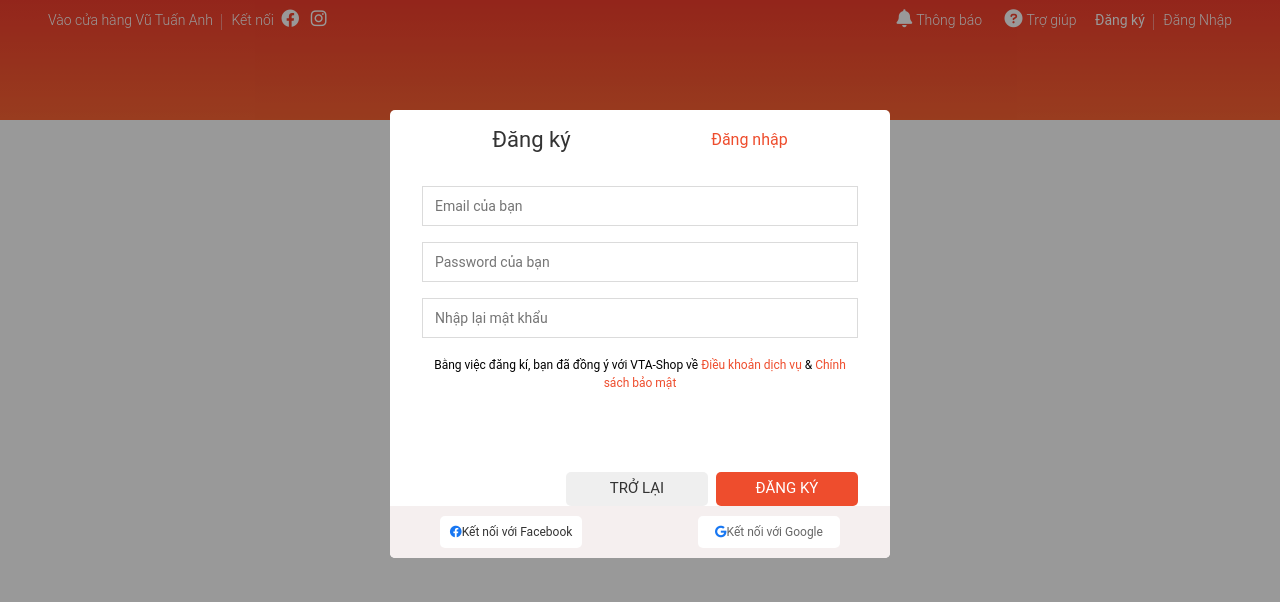
Repository: VuTuanAnh0949/Shopee
Page: index.html
The author's editor kept a copy of each file at every save. The page is drawn from the files as they stood at one save, then again after the next save.
The browser window is 1280 px wide. The pictures show the whole page.

Above is the page before, as saved 2022-02-16 14:04:35.

### index.html
<!DOCTYPE html>
<html lang="en">

<head>
    <meta charset="UTF-8" />
    <meta http-equiv="X-UA-Compatible" content="IE=edge" />
    <meta name="viewport" content="width=device-width, initial-scale=1.0" />
    <title>Shopee</title>
    <link rel="stylesheet" href="https://cdnjs.cloudflare.com/ajax/libs/normalize/8.0.1/normalize.min.css" />
    <link rel="stylesheet" href="./assets/css/base.css" />
    <link rel="stylesheet" href="./assets/css/main.css" />
    <link rel="stylesheet" href="./assets/fonts/fontawesome-free-6.0.0-web/css/all.min.css">
    <link rel="stylesheet" href="https://fonts.googleapis.com/css?family-Roboto:300, 400, 500,78
0&display=swap&subset=vietnamese" rel="stylesheet" />

</head>

<body>
    <!-- Block Element Modifier -->
    <div class="app">
        <header class="header">
            <div class="grid">
                <nav class="header__navbar">
                    <ul class="header__navbar-list">
                        <li class="header__navbar-item header__navbar-item--has-qr header__navbar-item--separate">Vào cửa hàng Vũ Tuấn Anh
                            <div class="header__qr">
                                <img src="./assets/img/QR_code.png" alt="QR Code" class="header__qr-img">
                                <div class="header__qr-apps">
                                    <a href="" class="header__qr-link"><img src="./assets/img/Google_Play.png" alt="Google Play" class="header__qr-dowload-img">
                                    </a>
                                    <img src="./assets/img/App_store.png" alt="App Store" class="header__qr-dowload-img">
                                </div>
                            </div>
                        </li>
                        <li class="header__navbar-item">
                            <span class="header__navbar-title--no-pointer">Kết nối</span>
                            <a href="" class="header__navbar-icon-link"><i class="header__navbar-icon fa-brands fa-facebook"></i></a>
                            <a href="" class="header__navbar-icon-link"><i class="header__navbar-icon fa-brands fa-instagram"></i></a>
                        </li>
                    </ul>

                    <ul class="header__navbar-list">
                        <li class="header__navbar-item header__navbar-item--has-notification">
                            <a href="" class="header__navbar-item-link"><i class="header__navbar-icon fa-solid fa-bell"></i>Thông báo</a>
                            <div class="header__notification">
                                <header class="header__notification-header">
                                    <h3>Thông báo mới nhận</h3>
                                </header>
                                <ul class="header__notification-list">
                                    <li class="header__notification-item header__notification-viewed">
                                        <a href="" class="header__notification-link">
                                            <img src="https://cf.shopee.vn/file/a2344384834f0903b232953bf8e1d283_tn" alt="" class="header__notification-img">
                                            <div class="header__notification-info">
                                                <span class="header__notification-name">Bàn Phím cơ chính hãng K400-Đen</span>
                                                <span class="header__notification-descriotion">Bàn phím cơ máy tính gaming K550 Pro full Led 7 chế độ hiệu ứng là mẫu bàn phím phù hợp cho văn phòng và game thủ</span>
                                            </div>
                                        </a>
                                    </li>
                                    <li class="header__notification-item">
                                        <a href="" class="header__notification-link">
                                            <img src="https://cf.shopee.vn/file/fbd0d6cd59ae0c260cbdd8d2bdccbe06_tn" alt="" class="header__notification-img">
                                            <div class="header__notification-info">
                                                <span class="header__notification-name">Bàn phím cơ chính hãng K400-Trắng xanh 1</span>
                                                <span class="header__notification-descriotion">Bàn phím cơ máy tính gaming K550 Pro full Led 7 chế độ hiệu ứng là mẫu bàn phím phù hợp cho văn phòng và game thủ</span>
                                            </div>
                                        </a>
                                    </li>
                                    <li class="header__notification-item ">
                                        <a href="" class="header__notification-link">
                                            <img src="https://cf.shopee.vn/file/26989c24e549299dcfb324055082c553" alt="" class="header__notification-img">
                                            <div class="header__notification-info">
                                                <span class="header__notification-name">Bàn phím cơ chính hãng K400-Trắng xanh 2</span>
                                                <span class="header__notification-descriotion">>Bàn phím cơ máy tính gaming K550 Pro full Led 7 chế độ hiệu ứng là mẫu bàn phím phù hợp cho văn phòng và game thủ</span>
                                            </div>
                                        </a>
                                    </li>
                                </ul>
                                <div class="footer header__notification-footer">
                                    <a href="" class="header__notification-footer-btn">Xem tất cả</a>


                                </div>
                            </div>
                        </li>
                        <li class="header__navbar-item">
                            <a href="" class="header__navbar-item-link"><i class="header__navbar-icon fa-solid fa-circle-question"></i>Trợ giúp</a>
                        </li>
                        <li class="header__navbar-item header__navbar-item--strong header__navbar-item--separate">Đăng ký</li>
                        <li class="header__navbar-item header__navbar-ite--strong"> Đăng Nhập</li>
                    </ul>
                </nav>
            </div>
        </header>
        <div class="container">

        </div>
        <footer class="footer">

        </footer>
    </div>
    <!-- Modal layout -->
    <div class="modal">
        <div class="modal__overlay"></div>

        <div class="modal__body">

            <!-- Authen form -->
            <div class="auth-form">
                <div class="auth-form__container">
                    <div class="auth-form__container"></div>
                    <div class="auth-form__header">
                        <h3 class="auth-form__heading">Đăng ký</h3>
                        <span class="auth-form__switch-btn">Đăng nhập</span>
                    </div>
                    <div class="auth-form__form">
                        <div class="auth-form__group">
                            <input type="text" class="auth-form__input" placeholder="Email của bạn">
                        </div>
                        <div class="auth-form__group">
                            <input type="password" class="auth-form__input" placeholder="Password của bạn">
                        </div>
                        <div class="auth-form__group">
                            <input type="password" class="auth-form__input" placeholder="Nhập lại mật khẩu ">
                        </div>
                    </div>
                    <div class="auth-form__aside">
                        <p class="auth-form__policy-text">
                            Bằng việc đăng kí, bạn đã đồng ý với VTA-Shop về
                            <a href="" class="auth-form__text-link">Điều khoản dịch vụ</a> &
                            <a href="" class="auth-form__text-link">Chính sách bảo mật</a>
                        </p>
                    </div>
                    <div class="auth-form__controls">
                        <button class="btn btn--normal auth-form__controls-back ">TRỞ LẠI</button>
                        <button class="btn btn--primary">ĐĂNG KÝ</button>
                    </div>
                </div>
                <div class="auth-form__socials--facebook">
                    <a href="" class="btn btn--size-s btn--with-icon">
                        <i class="auth-form__socials-icon fa-brands fa-facebook"></i>
                        <span class="auth-form__socials-title">
                            Kết nối với Facebook
                        </span>
                    </a>

                    <a href="" class="auth-form__socials--google btn btn--size-s btn--with-icon">
                        <i class="auth-form__socials-icon fa-brands fa-google"></i>
                        <span class="auth-form__socials-title">
                            Kết nối với Google
                        </span>
                    </a>
                </div>
            </div>
        </div>
    </div>
</body>

</html>

### assets/css/base.css
:root {
  --primary-color:#EE4D2D;
  --white-color: #fff;
  --black-color: #000;
  --text-color: #333;
  --border-color:#dbdbdb;
}
* {
  box-sizing: inherit;
}
html {
  font-size: 62.5%;
  line-height: 1.6rem;
  font-family: "Roboto", sans-serif;
  box-sizing: border-box;
}
.grid {
  width: 1200px;
  max-width: 100%;
  margin: 0 auto;
}
.grid__full-width {
  width: 100%;
}
.grid__row {
  display: flex;
  flex-wrap: wrap;
}
/* Animation */
@keyframes fadeIn{
  from{
    opacity: 0;
  }to{
    opacity: 1;
  }
}
/* Modal */
.modal{
  position: fixed;
  top: 0;
  right: 0;
  bottom: 0;
  left: 0;
  display: flex;
}
.modal__overlay{
  position: absolute;
  width: 100%;
  height: 100%;
  background-color: rgba(0,0,0,0.4);
}
.modal__body{
  width: 500px;
  height: 500px;
  margin: auto;
  position: relative;
  z-index: 1;  /* để cho modal nổi lên */
}
/* Button style */
.btn{
  min-width: 142px;
  height: 34px;
  text-decoration: none;
  border:none ;
  border-radius: 5px;
  font-size: 1.5rem;
  padding:0 12px;
  outline: none;
  cursor: pointer;
  color: var(--text-color);
  align-items: center;
 justify-content: center;
}
.btn.btn--normal:hover{
  background-color: rgba(0,0,0,0.05);
}
.btn.btn--size-s{
  height: 32px;
  font-size: 12px;
  padding:0 8px;
}
/* .. dùng để css 1 element có 2 class */
.btn.btn--primary{
  color: var(--white-color);
  background-color: var(--primary-color);
  }
.btn.btn-disabled{
  color: #949494;
  cursor: default;
  background-color: #c3c3c3;
}

### assets/css/main.css
.header{
height: 120px;
background-image:linear-gradient(0, #fe6433, #f53e2d) ;
}
.header__navbar{
  display: flex;
  justify-content: space-between;
}
.header__navbar-list{
list-style: none;
padding-left: 0;
margin-top: 9px;
}
.header__navbar-item{
  margin: 0 8px;
  position: relative;
  min-height: 26px;
}
.header__navbar-item--has-qr:hover .header__qr{
  display: block;
}
.header__navbar-item--has-notification:hover .header__notification{
  display: block;
}
.header__navbar-item,
.header__navbar-item-link{
  display:inline-block;
  font-size: 1.4rem;
  color:var(--white-color);
  text-decoration: none;
  font-weight: 300;
}
.header__navbar-item,
.header__navbar-item-link,
.header__navbar-icon-link{
/*   display: flex; */
  align-items: center;
}
.header__qr::before{
  position: absolute;
  left: 0;
  top: -16px;
  width: 100%;
  height: 20px;
  content: "";
  display: block;

}
.header__navbar-item:hover,
.header__navbar-icon-link:hover,
.header__navbar-item-link:hover{
  cursor: pointer;
  color: rgba(255,255,255,0.7);
}
.header__navbar-item--strong{
  font-weight: 400;
}
.header__navbar-item--separate::after{
  content: "";
  display: block;
  position: absolute;
border-left: 1px solid #FB9086;
height: 16px;
right: -9px;
top: 37%;
transform: translateY(-50%);
}
.header__navbar-icon-link{
  color: var(--white-color);
  text-decoration: none;
}
.header__navbar-icon{
  font-size: 1.8rem;
  margin: 0 4px;
}
.header__navbar-title--no-pointer{
  cursor: text;
  color: var(--white-color);
  text-decoration: none;
}
/* Header QR code */
.header__qr{
  width: 180px;
background-color: var(--white-color);
position: absolute;
left: 0;
top: 100%;
padding: 8px;
border-radius: 5px;
display: none;
animation: fadeIn ease-in 0.3s;
}
.header__qr-img{
width: 100%;
}
.header__qr-apps{
display: flex;
justify-content: space-between;
}
.header__qr-link:nth-child(1){
  margin-left: 11px;
}
.header__qr-link:nth-child(2){
  margin-right: 15px;
}
.header__qr-dowload-img{
  height: 16px;
}
/* header__notification */
.header__notification{
position: absolute ;
top: 27px;
right: 0;
width: 404px;
background-color: var(--white-color);
border-radius: 5px;
border: 1px solid #D3D3D3;
cursor: default;
transform-origin:90% top;
animation:  headerNotificationGrowth ease-in 0.2s;
will-change: opacity, transform;
display: none;
}
.header__notification::before{
content: "";
border-width:20px 30px ;
border-style: solid;
/* Tạo một lớp giá */
border-color:transparent transparent var(--white-color) transparent;
position: absolute;
right: 6px;
top: -30px;
}
/* Giúp di chuột vào quả chuông cạnh nút thông báo không bị mất list thông báo */
.header__notification::after{
  content: "";
  display: block;
  position: absolute;
  height: 20px;
  width: 90px;
  top: -16px;
  right: 0;
 }
@keyframes headerNotificationGrowth{
  from{
    opacity: 0;
    transform: scale(0);
  }to{
    opacity: 1;
    transform: scale(1);
  }
}
.header__notification-header{
  height: 40px;
  background-color: var(--white-color);
  border-radius: 5px;
}
.header__notification-header h3{
  color: #999;
  margin: 0 0 0 12px;
  width: 400;
  font-size: 1.4rem;
  line-height: 40px;
  user-select: none;  /* không cho coppy */
}
.header__notification-list{
padding-left: 0;
}
.header__notification-item{
display: flex;

}
.header__notification-item:hover{
  background-color: #f7f7f7
}
.header__notification-viewed{
  background-color: rgba(238,75,43,0.08);

}
.header__notification-link{
  display: flex;
  width: 100%;
  padding: 12px;
  text-decoration: none;
}
.header__notification-img{
width: 48px;
object-fit: contain;
}
.header__notification-info{
margin-left: 12px;
}
.header__notification-name{
display: block;
font-size: 1.4rem;
color: var(--text-color);
font-weight: 400px;
line-height: 1.8rem;
}
.header__notification-descriotion{
display: block;
font-size: 1.2rem;
line-height: 1.6rem;
color: #765F6E;
margin-top: 4px;
}
.header__notification-footer{
 display: flex;
}
.header__notification-footer-btn{
  text-decoration: none;
  color:var(--text-color);
  width: 100%;
  padding: 8px 0;
  margin: auto;
  font-size: 1.4rem;
  font-weight: 400;
  text-align: center;
}
/* Authen modal */
.auth-form{
  width: 500px;
    background-color: var(--white-color);
  border-radius: 5px;
  overflow: hidden;
}
.auth-form__container{
  padding: 0 32px;
}
.auth-form__header{
  display: flex;
  align-items: center;
  justify-content: space-around;
}
.auth-form__heading{
  font-size: 2.2rem;
  font-weight:400;
  color: var(--text-color);
}
.auth-form__switch-btn{
  font-size: 1.6rem;
  font-weight:400;
  color: var(--primary-color);
  cursor: pointer;
}
.auth-form__form{
}
.auth-form__input{
  width: 100%;
  height: 40px;
  margin-top: 16px;
  padding: 0 12px;
  font-size: 1.4rem;
  border: 1px solid var(--border-color);
  outline: none;
}
/*Dí chuột vào ô input => ô input nháy chuột  */
.auth-form__input:focus{
border-color: #777;
}
.auth-form__aside{
  margin-top: 18px;
}
.auth-form__policy-text{
  font-size: 1.2rem;
  line-height: 1.8rem;
  text-align: center;
  padding: 0 3px;
}
.auth-form__text-link{
  color: var(--primary-color);
  text-decoration: none;
}
.auth-form__controls{
  margin-top: 80px;
  display: flex;
  justify-content: flex-end;
}
.auth-form__controls-back{
  margin-right: 8px;
}
.auth-form__socials{
 background-color: #F5F5F5;
 padding: 16px 36px;
 display: flex;
 justify-content: space-between;
 margin-top: 20px;
}
.auth-form__socials--facebook{
  color: var(--white-color);
  background-color:#f5efef  ;
  display: flex;
  justify-content: space-between;
}
/* .auth-form__socials--facebook, */
.auth-form__socials-icon{
color: #1877f2;
}
.auth-form__socials-title{
  margin-top: 0 36px;
}
.auth-form__socials--google{
  color: #666;
  background-color: var(--white-color);
}
.btn--with-icon{
  display: flex;
}
.btn.btn--size-s {
  background-color: white;
margin:10px 50px;

}

Loaded but not shown: assets/fonts/fontawesome-free-6.0.0-web/css/all.min.css (library)

After the next save:
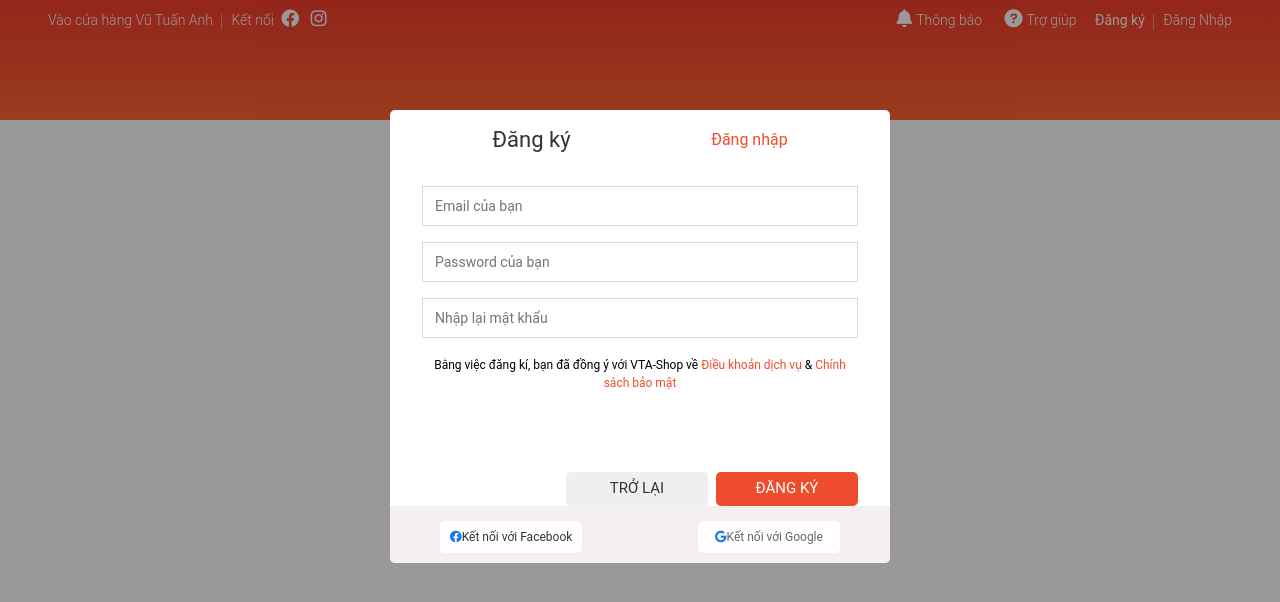
Saved 22 s later.
--- a/assets/css/main.css
+++ b/assets/css/main.css
@@ -291,6 +291,7 @@ border-color: #777;
   background-color:#f5efef  ;
   display: flex;
   justify-content: space-between;
+  padding-top: 5px;
 }
 /* .auth-form__socials--facebook, */
 .auth-form__socials-icon{
